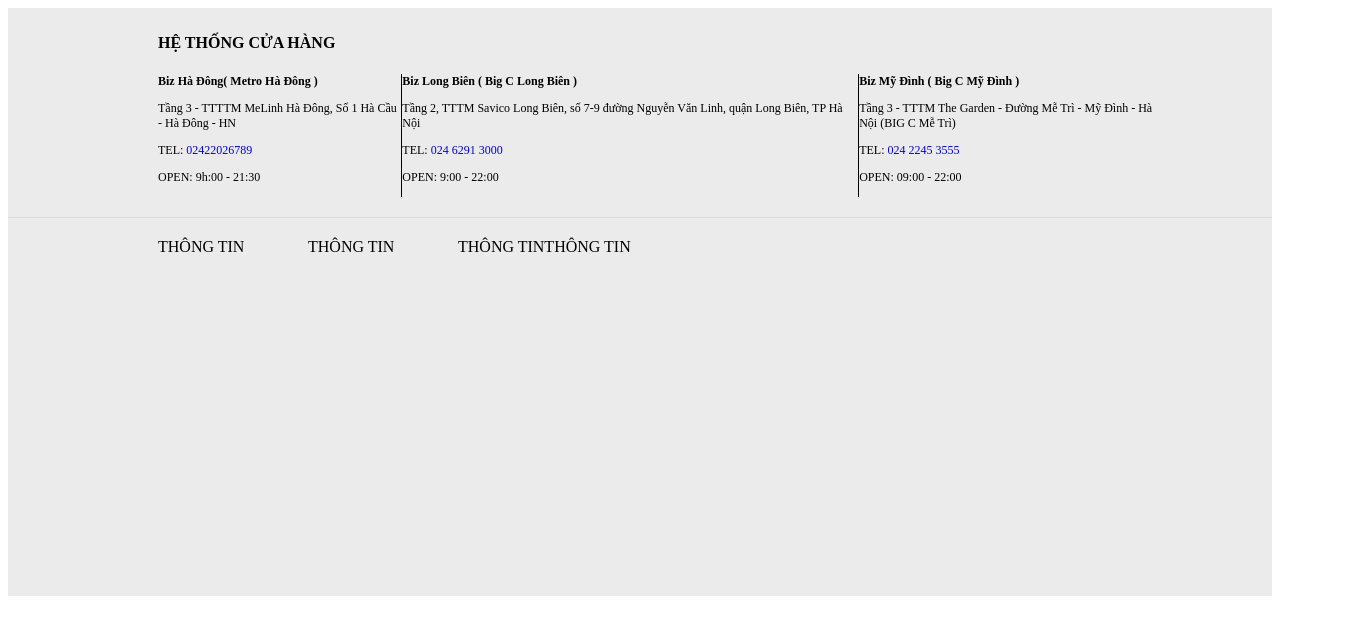
Repository: LongNguyen2504/T3H-FrondEnd
Page: lesson4_css_homework1.html
The author's editor kept a copy of each file at every save. The page is drawn from the files as they stood at one save, then again after the next save.
The browser window is 1280 px wide. The page is 1358 px wide, so the pictures cover 1358 px, including what lies to the right of the window. The pictures show the whole page.

Above is the page before, as saved 2021-12-04 21:14:24.

After the next save:
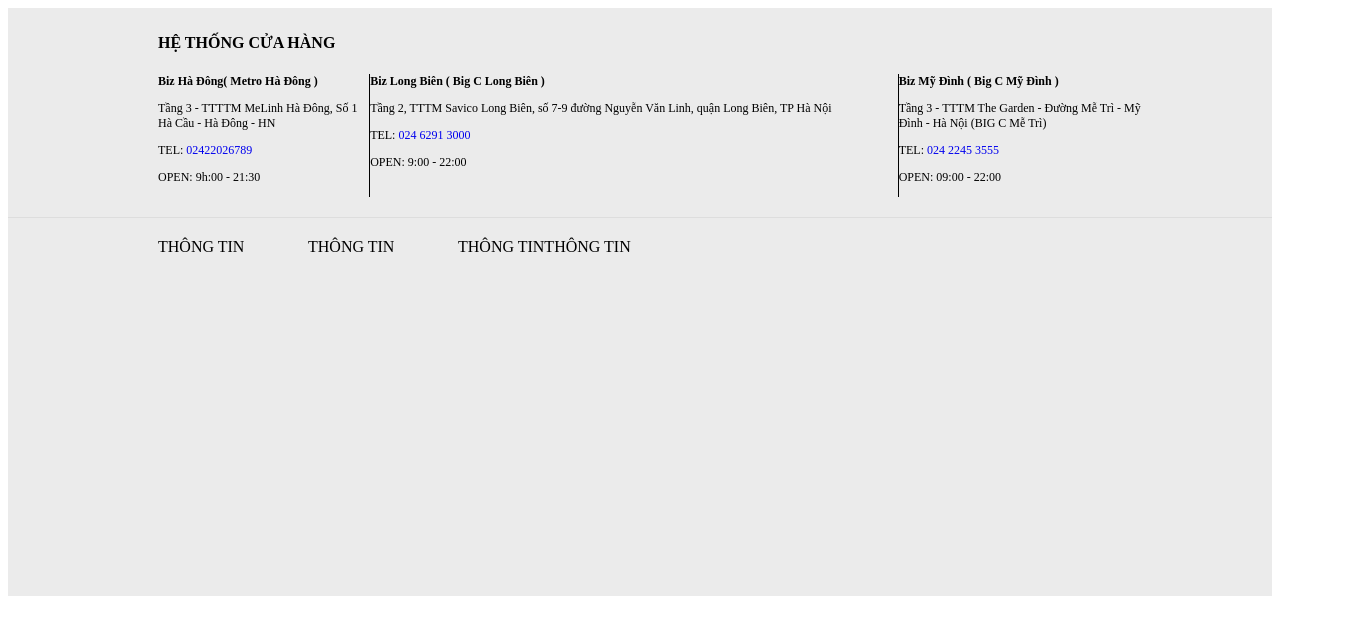
Saved 10 s later.
--- a/lesson4_css_homework1.css
+++ b/lesson4_css_homework1.css
@@ -48,7 +48,7 @@
     padding: auto;
     font-size: 12px;
     border-right: 1px solid black ;
-    width: 600px;
+    width: 800px;
     /* position: relative;
     left: 10px; */
 }
